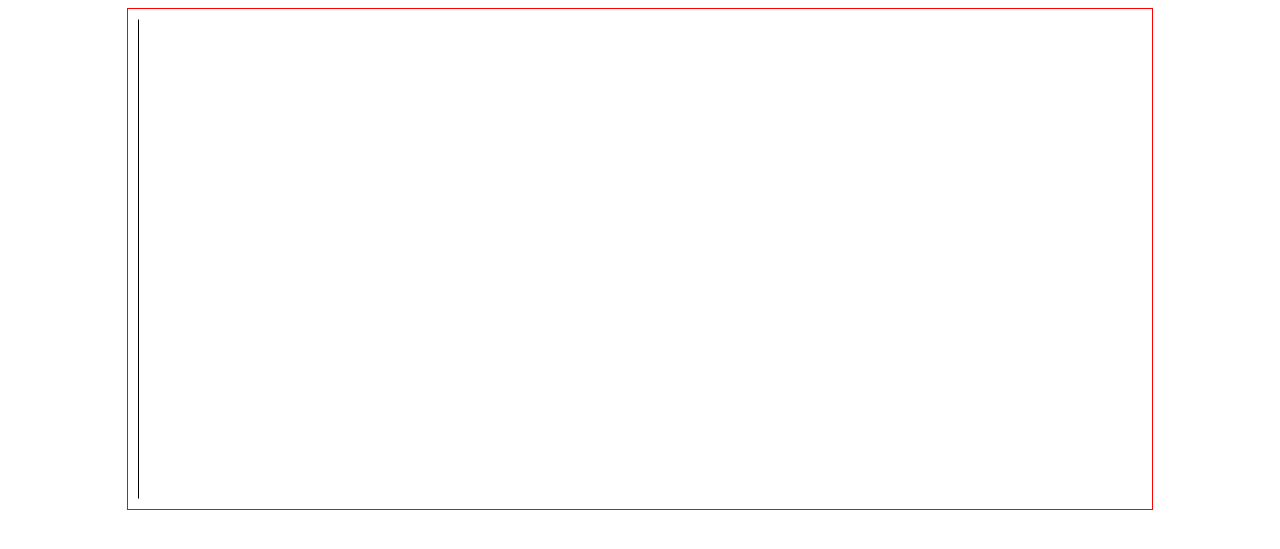
Repository: cw19931024/Demo
Page: canvas.html
These files come from the project's save history. The page is drawn as it stood at one moment and after the next save; the edit follows.
The browser window is 1280 px wide. The pictures show the whole page.

Above is the page before, as saved 2017-07-27 11:14:22.

### canvas.html
<!DOCTYPE html>
<html lang="en">

<head>
    <title></title>
    <meta charset="UTF-8">
    <meta name="viewport" context="width=device-width, initial-scale=1">
    <style>
        canvas {
            margin: 0 auto;
            border: 1px solid red;
            width: 1024px;
            height: 500px;
        }

        .tac {
            text-align: center;
        }
    </style>
</head>

<body>
    <div class="tac">
        <canvas id="canvas" width="1024" height="500"></canvas>
    </div>
</body>
<script>
    var data = [
        [96.24, 11.35],
        [33.09, 85.11],
        [57.60, 36.61],
        [36.77, 27.26],
        [20.10, 6.72],
        [45.53, 36.37],
        [110.07, 80.13],
        [72.05, 20.88],
        [39.82, 37.15],
        [48.05, 70.50],
        [0.85, 2.57],
        [51.66, 63.70],
        [61.07, 127.13],
        [64.54, 33.59],
        [35.50, 25.01],
        [226.55, 664.02],
        [188.60, 175.31],
        [81.31, 108.68]
    ];

    var canvas = document.getElementById('canvas');
    var context = canvas.getContext('2d');
    var width = canvas.width;
    var height = canvas.height;
    var padding = 10;
    //y轴线
    context.beginPath();
    context.lineWidth = 1;
    context.moveTo(padding + 0.5, height - padding - 0.5);
    context.lineTo(padding + 0.5, padding + 0.5);
    context.stroke();

    //x轴线
    Edit('moveTo',[padding,height-padding-0.5]);
    Edit('lineTo',[width-padding-0.5,height-padding-0.5]);
    Edit('moveTo',[padding,padding + 0.5]);
    Edit('lineTo',[width - padding - 0.5,padding + 0.5]);
    // context.beginPath();
    // context.moveTo(padding, height - padding - 0.5);
    // context.lineTo(width - padding - 0.5, height - padding - 0.5)
    // context.moveTo(padding, padding + 0.5);
    // context.lineTo(width - padding - 0.5, padding + 0.50)
    // context.stroke();

    var Number = 5; //y轴的段数
    var yLength = Math.floor(height - padding * 2 / Number);
    var xLength = Math.floor(width - padding * 2 / data.length);

    data.forEach(function(e){

    })

    function Edit(type,data){
        context.beginPath();
        // context.moveTo(padding, height-padding-0.5);
        // context.lineTo(width - padding - 0.5, height - padding - 0.5)
        context[type](data[0],data[1])
        context.stroke();
    }
</script>

</html>

After the next save:
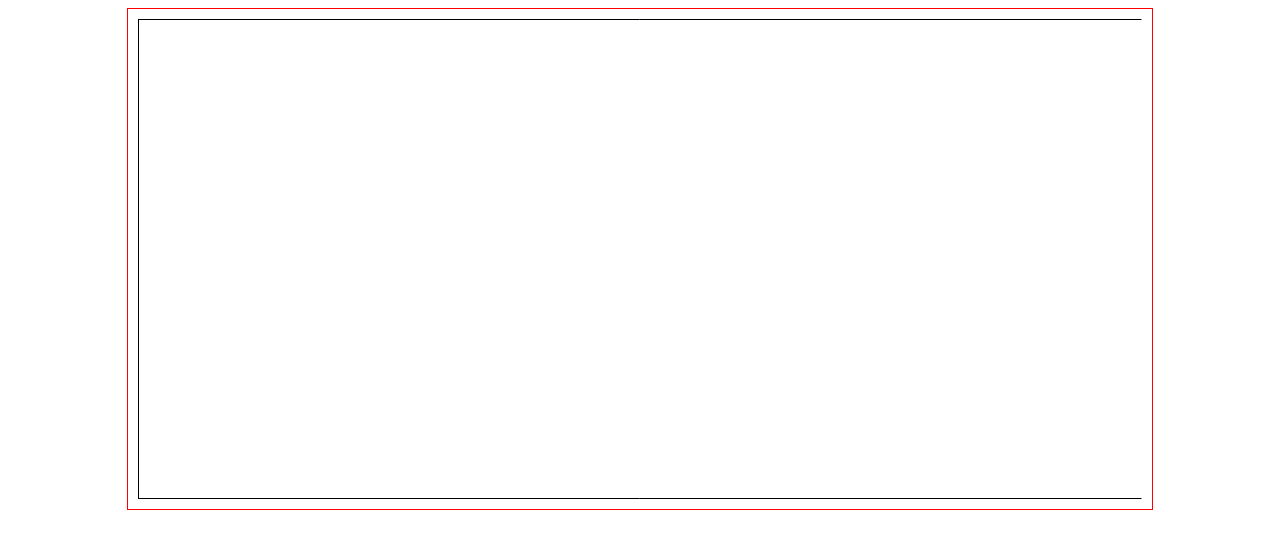
Saved 43 s later.
--- a/canvas.html
+++ b/canvas.html
@@ -59,10 +59,12 @@
     context.stroke();
 
     //x轴线
+    context.beginPath();
     Edit('moveTo',[padding,height-padding-0.5]);
     Edit('lineTo',[width-padding-0.5,height-padding-0.5]);
     Edit('moveTo',[padding,padding + 0.5]);
     Edit('lineTo',[width - padding - 0.5,padding + 0.5]);
+    context.stroke();
     // context.beginPath();
     // context.moveTo(padding, height - padding - 0.5);
     // context.lineTo(width - padding - 0.5, height - padding - 0.5)
@@ -79,11 +81,11 @@
     })
 
     function Edit(type,data){
-        context.beginPath();
+
         // context.moveTo(padding, height-padding-0.5);
         // context.lineTo(width - padding - 0.5, height - padding - 0.5)
         context[type](data[0],data[1])
-        context.stroke();
+
     }
 </script>
 
